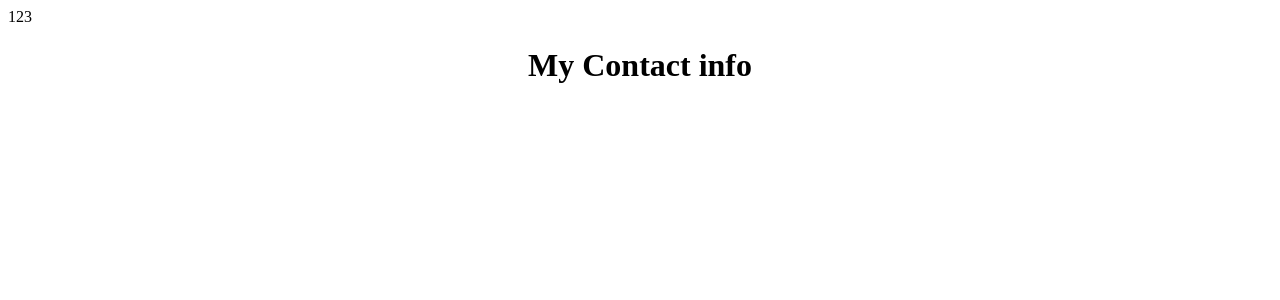
Repository: Melinda-Nanjad-Personal-Website/Personal-web
Page: contact.html
These files come from the project's save history. The page is drawn as it stood at one moment and after the next save; the edit follows.
The browser window is 1280 px wide. The pictures show the whole page.

Above is the page before, as saved 2023-07-27 20:08:03.

After the next save:
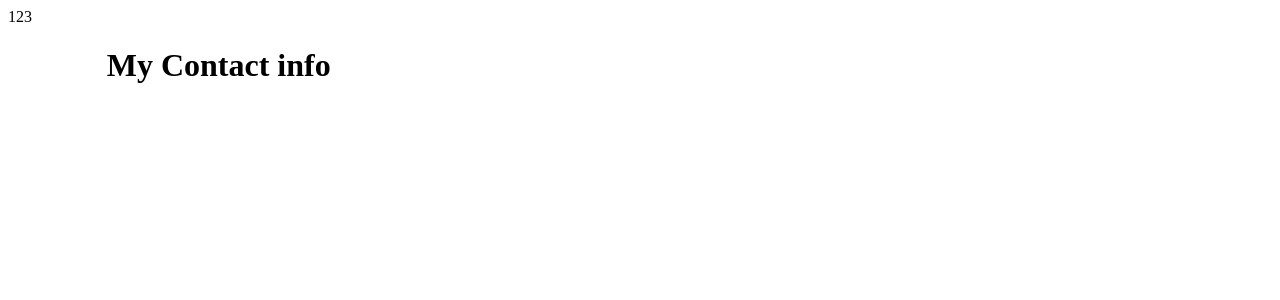
Saved 87 s later.
--- a/cf.css
+++ b/cf.css
@@ -2,7 +2,7 @@
     border: 2px solid #a775f1;
 }
 
-.contact info- grid {
+.container {
     display: grid;
     gap: 1.5 rem;
     grid-template-columns: 1fr 1fr 1fr;

After the 2 saves that followed:
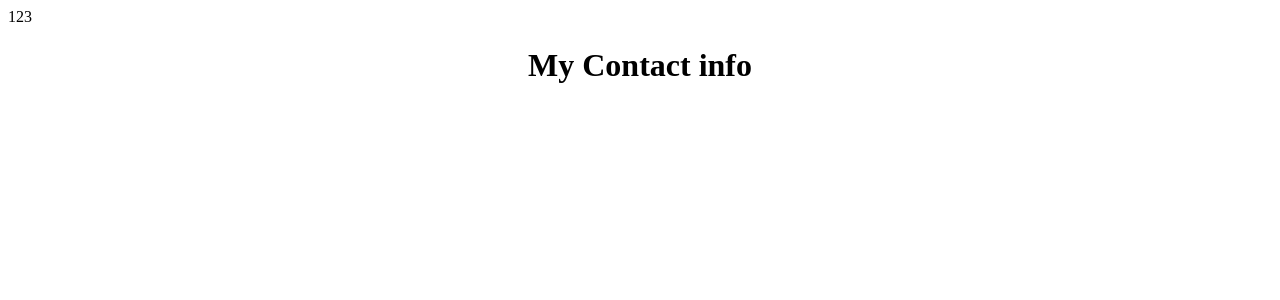
The 2 saves are shown as one change because 1 left the picture as it was.
The last was saved 4 min 5 s later.
--- a/contact.html
+++ b/contact.html
@@ -9,10 +9,8 @@
 <body>
     <div class="container">
         <div class="item item-1">1</div"
-            <div class="item item-2">2</div"
+             <div class="item item-2">2</div"
                 <div class="item item-3">3</div"
-
-
     </div>
 
     <h1><center/>My Contact info</h1>
--- a/cf.css
+++ b/cf.css
@@ -7,3 +7,13 @@
     gap: 1.5 rem;
     grid-template-columns: 1fr 1fr 1fr;
 }
+
+.item-1 {
+    grid-row- span 2;
+    grid-column: 1/5;
+}
+
+.item-2 {
+    grid-row: span 3;
+    grid column:
+}
